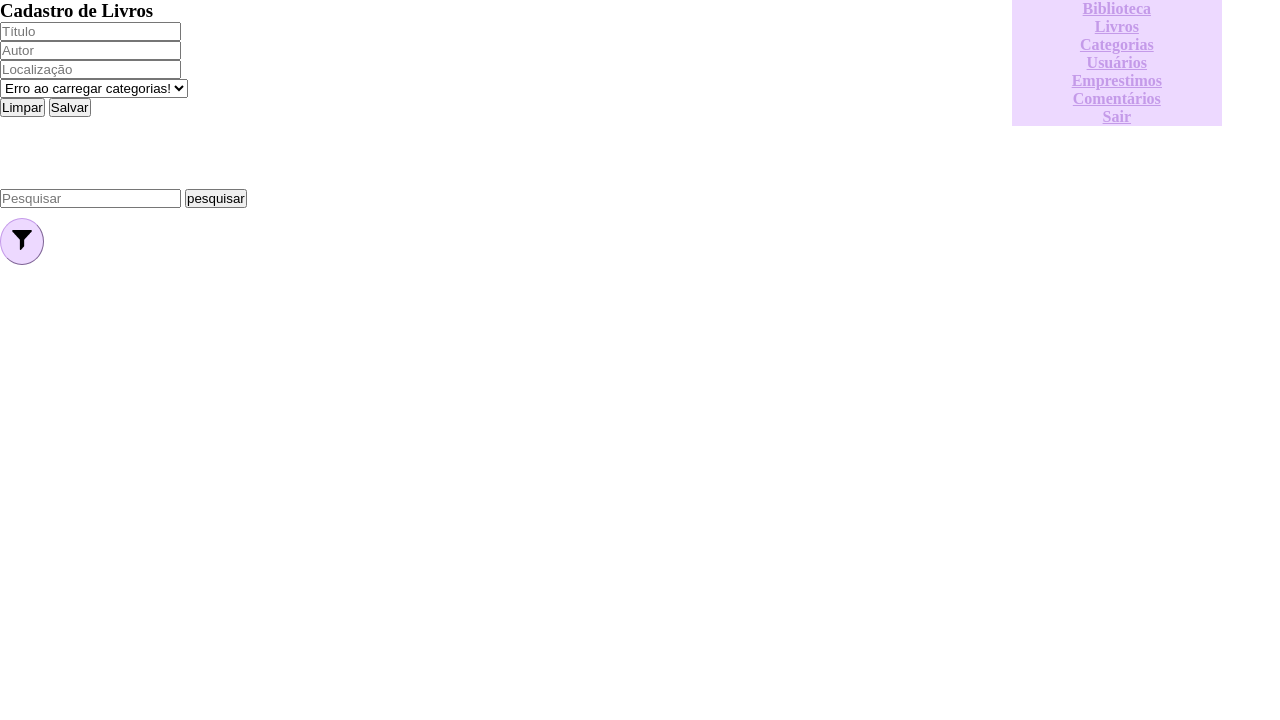
Repository: Matheus-Ghizoni/Rainbow-Library
Page: arcoiris/src/main/webapp/pages/admin/book.html
These files come from the project's save history. The page is drawn as it stood at one moment and after the next save; the edit follows.
The browser window is 1280 px wide. The pictures show the whole page.
The page's requests for data from a server got no answer.

Above is the page before, as saved 2023-12-05 16:27:47.
Console error: ReferenceError: jQuery is not defined

### arcoiris/src/main/webapp/pages/admin/book.html
<!DOCTYPE html>
<html lang="en">

<head>
	<meta charset="UTF-8">
	<meta name="viewport" content="width=device-width, initial-scale=1.0">
	<link rel="stylesheet" href="../../css/admin.css">
	<link rel="stylesheet" type="text/css" href="../../css/jquery-ui.css">
	<script src="../../js/book.js"></script>
	<script src="../../js/jquery-ui.js"></script>
	<script src="https://code.jquery.com/jquery-3.6.4.min.js"
		integrity="sha256-oP6HI9z1XaZNBrJURtCoUT5SUnxFr8s3BzRl+cbzUq8=" crossorigin="anonymous"></script>
	<title>Book</title>
</head>

<body>
	<!-- Menu -->
	<div class="menu">
		<div class="d-flex justify-content-center">
			<img class="menu-img" src="../../imgs/menu.png">
		</div>
	</div>
	<div class="modal-menu">
		<a href="library.html">Biblioteca</a> <br>
		<a href="book.html">Livros</a> <br>
		<a href="category.html">Categorias</a> <br>
		<a href="user.html">Usuários</a> <br>
		<a href="loan.html">Emprestimos</a> <br>
		<a href="comment.html">Comentários</a><br>
		<a href="../../index.html">Sair</a>
	</div>

	<!--	Modal Livros  -->
	<h3>Cadastro de Livros</h3>
	<form class="frmbook">
		<input type="text" placeholder="Título" id="inputBookTitle"><br>
		<input type="text" placeholder="Autor" id="inputBookAuthor"><br>
		<input type="text" placeholder="Localização" id="inputBookLocation"><br>
		<select name="type" id="inputBookCategory" onload="loadCategory()">
			<option value="">Categoria</option>
		</select><br>
		<button type="reset">Limpar</button>
		<button onclick="insertBook()">Salvar</button>
	</form>

	<br><br><br><br>

	<input type="text" placeholder="Pesquisar" id="navBook">
	<button onclick="getAllBooks()">pesquisar</button>
	<div id="listBooks"></div>

	<!-- Modal Edit Book -->
	<div id="modalEditBook" style="display: none">
		<form class="frmeditbook">
			<input type="text" placeholder="Código" id="inputEditCodeBook" disabled><br>
			<input type="text" placeholder="Título" id="inputEditTitleBook"><br>
			<input type="text" placeholder="Autor" id="inputEditAuthorBook"><br>
			<input type="text" placeholder="Localização" id="inputEditLocationBook"><br>
			<select name="type" id="inputEditCategoryBook" onload="loadCategory()">
				<option value="">Categoria</option>
			</select><br>
			<button type="reset">Cancelar</button>
			<button onclick="editBook()">Salvar</button>
		</form>
	</div>

	<!-- Filter -->
	<div class="col-sm-1 d-flex justify-content-center align-items-center">
		<button class="navbar-btn">
			<img class="navbar-img" src="../../imgs/filter.png" alt="filtro">
		</button>
	</div>
	<div id="listCategorys"></div>

</body>

</html>

### arcoiris/src/main/webapp/css/admin.css
/* Reset */
* {
	padding: 0;
	margin: 0;
	box-sizing: border-box;
}

/* Menu */
.menu {
	position: absolute;
	top: 30px;
	right: 130px;
}

.menu-img {
	width: 70px;
	height: 70px;
}

/* Menu Modal*/
.modal-menu {
	background: #EDD9FF;
	display: block;
	position: fixed;
	align-items: center;
	text-align: center;
	right: 58px;
}

.modal-menu a {
	color: #C49AE9;
	font-weight: bold;
	margin: 60px;
}

.edit {
	width: 16px;
	height: 16px;
}




.navbar-books {
	background-color: #EDD9FF;
	padding: 10px 20px;
	border-style: solid;
	border-width: 1px;
	border-radius: 10px;
	border-color: #C49AE9;
	margin-top: 10px;
}

.navbar-btn {
	margin-top: 10px;
	padding: 2px;
	border-radius: 100%;
	background-color: #EDD9FF;
	border-color: #C49AE9;
	border-width: 1px;
	align-items: center;
}

.navbar-img {
	width: 20px;
	height: 20px;
	margin: 9px;
}

### arcoiris/src/main/webapp/js/book.js
document.addEventListener("DOMContentLoaded", function() {
	loadCategory();
	getAllBooks();
	getAllCategorys();
});

/*---------------------- REST BOOKS ----------------------*/
function loadCategory(id) {
	if (id != undefined) {
		select = "#inputEditCategoryBook";
	} else {
		select = "#inputBookCategory";
	}
	$.ajax({
		type: "GET",
		url: "/arcoiris/rest/category/getAllCategorys",
		success: function(data) {
			categorys = JSON.parse(data);
			if (categorys != "") {

				$(select).html("");
				var option = document.createElement("option");
				option.setAttribute("value", "");
				option.innerHTML = ("Selecione");
				$(select).append(option);

				for (var i = 0; i < categorys.length; i++) {
					if (categorys[i].status == 1) {
						var option = document.createElement("option");
						option.setAttribute("value", categorys[i].id);

						if ((id != undefined) && (id == categorys[i].id)) {
							option.setAttribute("selected", "selected");
						}
						option.innerHTML = (categorys[i].name);
						$(select).append(option);
					}
				}

			} else {

				$(select).html("");

				var option = document.createElement("option");
				option.setAttribute("value", "");
				option.innerHTML = ("Cadastre uma categoria primeiro!");
				$(select).append(option);
				$(select).addClass("aviso");

			}

		},
		error: function(info) {
			alert("Erro ao buscar as categorias: " + info.status + " - " + info.statusText);

			$(select).html("");
			var option = document.createElement("option");
			option.setAttribute("value", "");
			option.innerHTML = ("Erro ao carregar categorias!");
			$(select).append(option);
			$(select).addClass("aviso");
		}
	});
}

function insertBook() {
	const titleBook = document.getElementById("inputBookTitle");
	const authorBook = document.getElementById("inputBookAuthor");
	const locationBook = document.getElementById("inputBookLocation");
	const categoryBook = document.getElementById("inputBookCategory");

	const book = {
		title: titleBook.value,
		author: authorBook.value,
		location: locationBook.value,
		category: categoryBook.value
	};

	if ((book.title == "") || (book.author == "") || (book.location == "") || (book.category == "")) {
		alert("Preencha todos os campos!");
	} else {
		$.ajax({
			type: "POST",
			url: "/arcoiris/rest/book/insert",
			data: JSON.stringify(book),
			success: function(msg) {
				alert(msg);
				$("#frmbook").trigger("reset");
			},
			error: function(info) {
				alert("Erro ao cadastrar um novo livro: " + info.status + " - " + info.statusText);
			}
		});
	}
}

function getAllBooks() {
	const title = document.getElementById("navBook").value;
	$.ajax({
		type: "GET",
		url: "/arcoiris/rest/book/getAllBooks",
		data: "title=" + title,
		success: function(dados) {
			dados = JSON.parse(dados);
			$("#listBooks").html(displayBooks(dados));
		},
		error: function(info) {
			alert("Erro ao buscar livros: " + info.status + " - " + info.statusText);
		}
	})
}

function getAllBooksCategory(fkcategory) {
	const category = document.getElementById("filterCategory" + fkcategory);
	const isChecked = category.checked;
	if (!isChecked) {
		return getAllBooks();
	}
	$.ajax({
		type: "GET",
		url: "/arcoiris/rest/book/getAllBooksCategory",
		data: "fkcategory=" + fkcategory,
		success: function(dados) {
			dados = JSON.parse(dados);
			$("#listBooks").html(displayBooks(dados));
		},
		error: function(info) {
			alert("Erro ao buscar livros: " + info.status + " - " + info.statusText);
		}
	})
}

function displayBooks(listBooks) {
	let tableBooks = "<table>" +
		"<tr>" +
		"<th>Codigo</th>" +
		"<th>Título</th>" +
		"<th>Autor</th>" +
		"<th>Localização</th>" +
		"<th>Categoria</th>" +
		"<th>Status</th>" +
		"<th>Ações</th>" +
		"</tr>";

	if (listBooks != undefined && listBooks.length > 0) {

		for (var i = 0; i < listBooks.length; i++) {
			tableBooks += "<tr>" +
				"<td>" + listBooks[i].code + "</td>" +
				"<td>" + listBooks[i].title + "</td>" +
				"<td>" + listBooks[i].author + "</td>" +
				"<td>" + listBooks[i].location + "</td>" +
				"<td>" + listBooks[i].namecategory + "</td>" +
				"<td>";
			if (listBooks[i].status == 1) {
				tableBooks += "<label class='switch'>" +
					"<input onclick=\"inactivateBook(" + listBooks[i].code + ")\" id='statusBook' type='checkbox' checked>" +
					"<span class='slider round'></span>" +
					"</label>"
			} else {
				tableBooks += "<label class='switch'>" +
					"<input onclick=\"inactivateBook(" + listBooks[i].code + ")\" id='statusBook' type='checkbox'>" +
					"<span class='slider round'></span>" +
					"</label>"
			}
			tableBooks += "</td>" +
				"<td><button onclick='deleteBook(" + listBooks[i].code + ")'>Excluir</button>" +
				"<button onclick=\"getBookCode(" + listBooks[i].code + ")\">Editar</button></td>" +
				"</tr>"
		}

	} else if (listBooks == "") {
		tableBooks += "<tr><td colspan='6'>Nenhum registro encontrado</td></tr>";
	}
	tableBooks += "</table>";

	return tableBooks;
}

function getCategory(id) {
	$.ajax({
		type: "GET",
		url: "/arcoiris/rest/category/getCategory",
		data: "id=" + id,
		success: function(category) {
			return category
		},
		error: function(info) {
			alert("Erro ao buscar categoria: " + info.status + " - " + info.statusText);
		}
	})
}

function deleteBook(id) {
	$.ajax({
		type: "DELETE",
		url: "/arcoiris/rest/book/deleteBook/" + id,
		success: function(msg) {
			alert(msg);
		},
		error: function(info) {
			alert("Erro ao deletar livro: " + info.status + " - " + info.statusText);
		}
	})
}

function getAllCategorys() {
	$.ajax({
		type: "GET",
		url: "/arcoiris/rest/category/getAllCategorys",
		success: function(data) {
			dados = JSON.parse(data);
			$("#listCategorys").html(displayCategorys(dados));
		},
		error: function(info) {
			alert("Erro ao buscar categorias: " + info.status + " - " + info.statusText);
		}
	})
}

function displayCategorys(categorys) {
	let tableCategorys = "<table>"
	for (var i = 0; i < categorys.length; i++) {
		tableCategorys += "<tr>" +
			"<td>" +
			"<input type='checkbox' id='filterCategory" + categorys[i].id + "' onclick='getAllBooksCategory(" + categorys[i].id + ")'>" + categorys[i].name +
			"</td>";
	}
	tableCategorys += "</table>";

	return tableCategorys;
}

function getBookCode(code) {
	$.ajax({
		type: "GET",
		url: "/arcoiris/rest/book/getBookCode",
		data: "code=" + code,
		success: function(book) {
			const ModalEditBook = document.getElementById("modalEditBook");
			const inputEditCodeBook = document.getElementById("inputEditCodeBook");
			const inputEditTitleBook = document.getElementById("inputEditTitleBook");
			const inputEditAuthorBook = document.getElementById("inputEditAuthorBook");
			const inputEditLocationBook = document.getElementById("inputEditLocationBook");

			ModalEditBook.style.display = "block";

			inputEditCodeBook.value = book.code;
			inputEditTitleBook.value = book.title;
			inputEditAuthorBook.value = book.author;
			inputEditLocationBook.value = book.location;
			loadCategory(book.fkcategory);

		},
		error: function(info) {
			alert("Erro ao buscar livro: " + info.status + " - " + info.statusText);
		}
	})
}

function editBook() {

	let book = {
		code: document.getElementById("inputEditCodeBook").value,
		title: document.getElementById("inputEditTitleBook").value,
		author: document.getElementById("inputEditAuthorBook").value,
		location: document.getElementById("inputEditLocationBook").value,
		fkcategory: document.getElementById("inputEditCategoryBook").value
	}

	$.ajax({
		type: "PUT",
		url: "/arcoiris/rest/book/edit",
		data: JSON.stringify(book),
		success: function(msg) {
			alert(msg);
			ModalEditBook.style.display = "none";
		},
		error: function(info) {
			alert(info);
		}
	});
}

function inactivateBook(code) {
	console.log(code);
	$.ajax({
		type: "PUT",
		url: "/arcoiris/rest/book/inactivate/" + code,
		success: function(msg) {
			alert(msg);
		},
		error: function(info) {
			alert("Erro alterar status do livro: " + info.status + " - " + info.statusText);

		}
	});
}

Loaded but not shown: arcoiris/src/main/webapp/css/jquery-ui.css (library); arcoiris/src/main/webapp/js/jquery-ui.js (library)

After the next save:
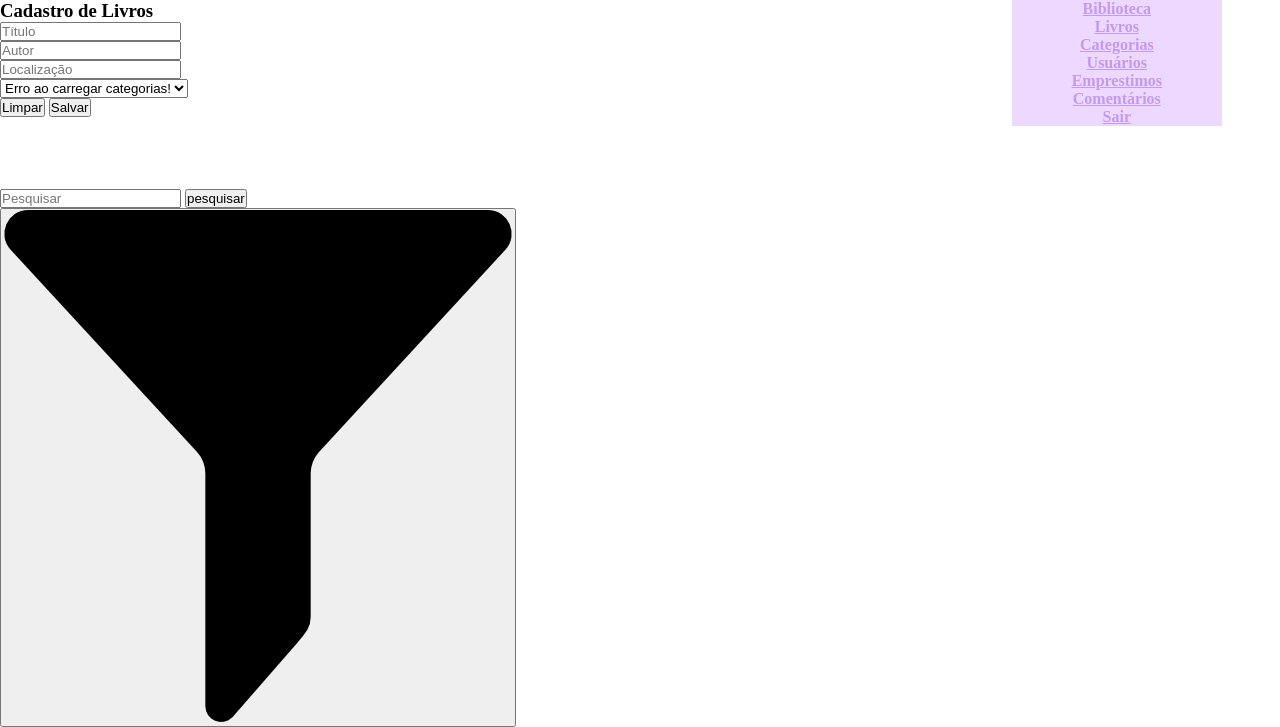
Saved 58 s later.
--- a/arcoiris/src/main/webapp/css/admin.css
+++ b/arcoiris/src/main/webapp/css/admin.css
@@ -37,32 +37,3 @@
 	width: 16px;
 	height: 16px;
 }
-
-
-
-
-.navbar-books {
-	background-color: #EDD9FF;
-	padding: 10px 20px;
-	border-style: solid;
-	border-width: 1px;
-	border-radius: 10px;
-	border-color: #C49AE9;
-	margin-top: 10px;
-}
-
-.navbar-btn {
-	margin-top: 10px;
-	padding: 2px;
-	border-radius: 100%;
-	background-color: #EDD9FF;
-	border-color: #C49AE9;
-	border-width: 1px;
-	align-items: center;
-}
-
-.navbar-img {
-	width: 20px;
-	height: 20px;
-	margin: 9px;
-}

After the 3 saves that followed:
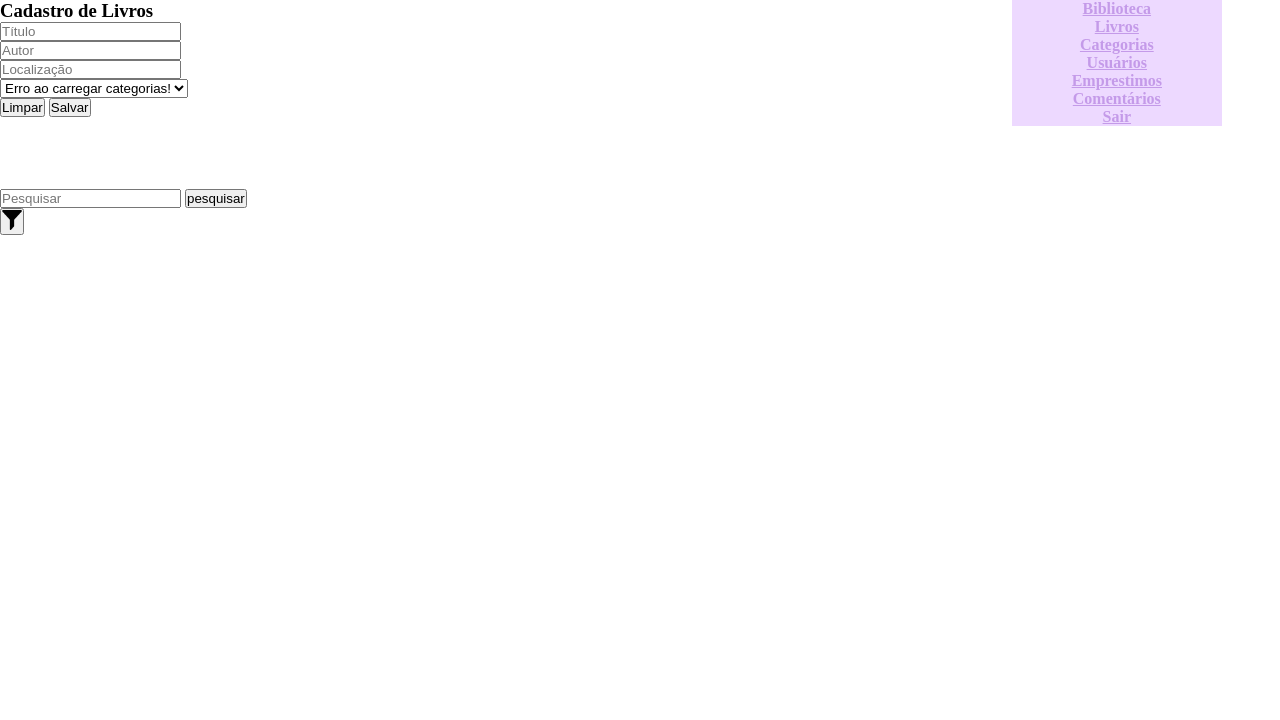
The 3 saves are shown as one change because 2 left the picture as it was.
The last was saved 2 min 35 s later.
--- a/arcoiris/src/main/webapp/pages/admin/book.html
+++ b/arcoiris/src/main/webapp/pages/admin/book.html
@@ -67,7 +67,7 @@
 	<!-- Filter -->
 	<div class="col-sm-1 d-flex justify-content-center align-items-center">
 		<button class="navbar-btn">
-			<img class="navbar-img" src="../../imgs/filter.png" alt="filtro">
+			<img class="navbar-img" src="../../imgs/filter.png" alt="filtro" style="width: 20px; height: 20px;">
 		</button>
 	</div>
 	<div id="listCategorys"></div>
